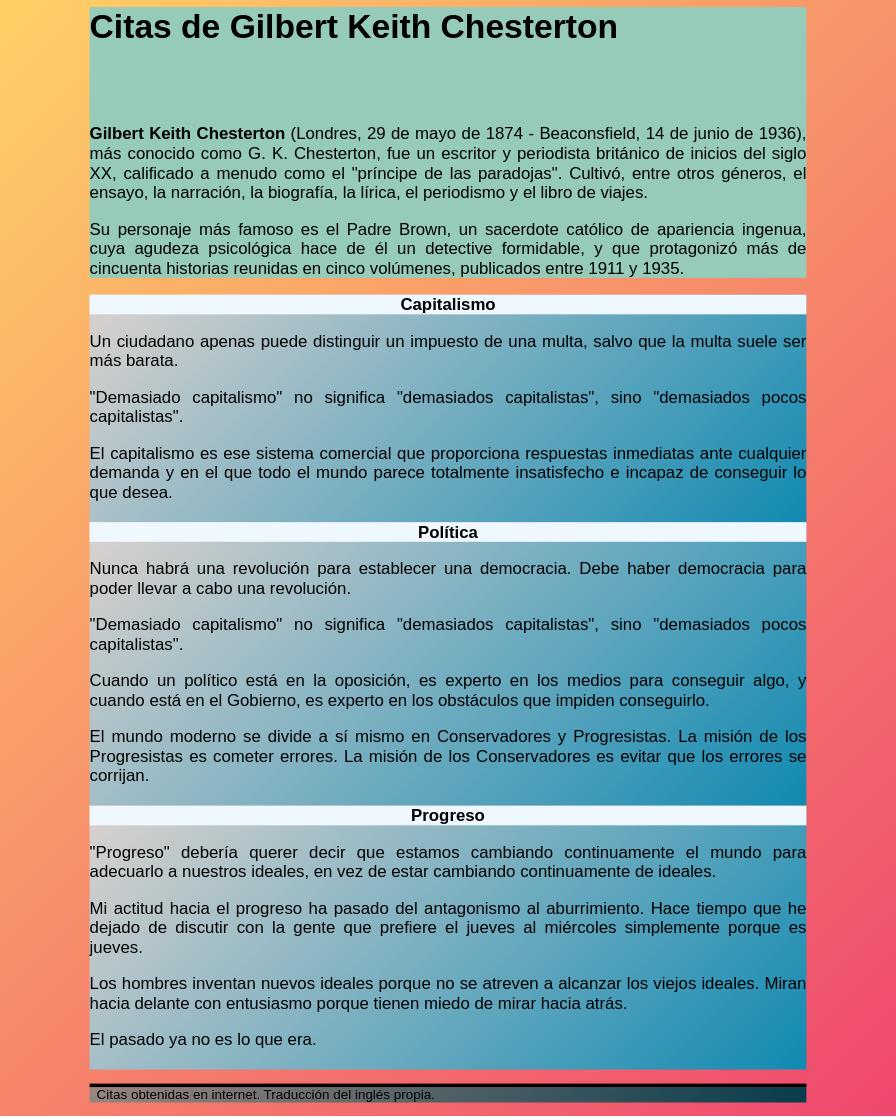
Repository: EmilyMachuca-Developer/Advanced-Programming-Projects
Page: index.html
These files come from the project's save history. The page is drawn as it stood at one moment and after the next save; the edit follows.
The browser window is 1280 px wide. The pictures show the part of the page from y = 0 to 1920 px (the page is 1595 px tall before and 2687 px after), at 70% of full size.

Above is the page before, as saved 2024-02-26 20:53:52.

### index.html
<html lang="es">
<head>
<meta charset="utf-8">
<link rel="stylesheet" href="Taller 2/css/style.css">
<title>Emily Machuca</title>
</head>

<body>
    <div style="background-color: rgb(150, 202, 185);">
        <h1>Citas de Gilbert Keith Chesterton</h1> <br><br>
        <p><strong>Gilbert Keith Chesterton</strong> (Londres, 29 de mayo de 1874 - Beaconsfield, 14 de junio de 1936), más conocido como G. K. Chesterton, fue un escritor y periodista británico de inicios del siglo XX, calificado a menudo como el "príncipe de las paradojas". Cultivó, entre otros géneros, el ensayo, la narración, la biografía, la lírica, el periodismo y el libro de viajes.</p>
        <p>Su personaje más famoso es el Padre Brown, un sacerdote católico de apariencia ingenua, cuya agudeza psicológica hace de él un detective formidable, y que protagonizó más de cincuenta historias reunidas en cinco volúmenes, publicados entre 1911 y 1935.</p>
    </div>
    <main><section><div style="background-color: aliceblue;"><h7><strong><center>Capitalismo</center></strong></h7></div>
        <div><p>Un ciudadano apenas puede distinguir un impuesto de una multa, salvo que la multa suele ser más barata.</p>
            <div><p>"Demasiado capitalismo" no significa "demasiados capitalistas", sino "demasiados pocos capitalistas".</p></div>
            <div><p>El capitalismo es ese sistema comercial que proporciona respuestas inmediatas ante cualquier demanda y en el que todo el mundo parece totalmente insatisfecho e incapaz de conseguir lo que desea.</p></div>
        </div></section><b></b></main>

        <main><section><div style="background-color: aliceblue;"><h7><strong><center>Política</center></strong></h7></div>
            <div><p>Nunca habrá una revolución para establecer una democracia. Debe haber democracia para poder llevar a cabo una revolución.</p>
                <div><p>"Demasiado capitalismo" no significa "demasiados capitalistas", sino "demasiados pocos capitalistas".</p></div>
                <div><p>Cuando un político está en la oposición, es experto en los medios para conseguir algo, y cuando está en el Gobierno, es experto en los obstáculos que impiden conseguirlo.</p></div>
                <div><p>El mundo moderno se divide a sí mismo en Conservadores y Progresistas. La misión de los Progresistas es cometer errores. La misión de los Conservadores es evitar que los errores se corrijan.</p></div>
            </div></section></main>

            <div><main><section><div style="background-color: aliceblue;"><h7><strong><center>Progreso</center></strong></h7></div>
                <div><p>"Progreso" debería querer decir que estamos cambiando continuamente el mundo para adecuarlo a nuestros ideales, en vez de estar cambiando continuamente de ideales.</p>
                    <div><p>Mi actitud hacia el progreso ha pasado del antagonismo al aburrimiento. Hace tiempo que he dejado de discutir con la gente que prefiere el jueves al miércoles simplemente porque es jueves.</p></div>
                    <div><p>Los hombres inventan nuevos ideales porque no se atreven a alcanzar los viejos ideales. Miran hacia delante con entusiasmo porque tienen miedo de mirar hacia atrás.</p></div>
                    <div><p>El pasado ya no es lo que era.</p></div>
                </div></section></main></div>

<footer>Citas obtenidas en internet. Traducción del inglés propia.</footer>
</body>
</html>

### Taller 2/css/style.css
body {
    margin: 10px 10%;
    background: linear-gradient(135deg, #ffd166, #ef476f);
    font-family: sans-serif;
    font-size: 1.5rem;
    text-align: justify;
}

header {
    padding: 0 10px;
    background: linear-gradient(135deg, hwb(0 94% 6% / 0.767), #06d6a0);
}

section {
    padding-bottom: 5px;
    background: linear-gradient(135deg, hwb(17 81% 14%), #118ab2);
}

footer {
    border-top: black 5px solid;
    margin: 20px 0;
    padding: 0 10px;
    background: linear-gradient(135deg, hwb(15 50% 40%), #073b4c);
    font-size: 1.2rem;
}

After the next save:
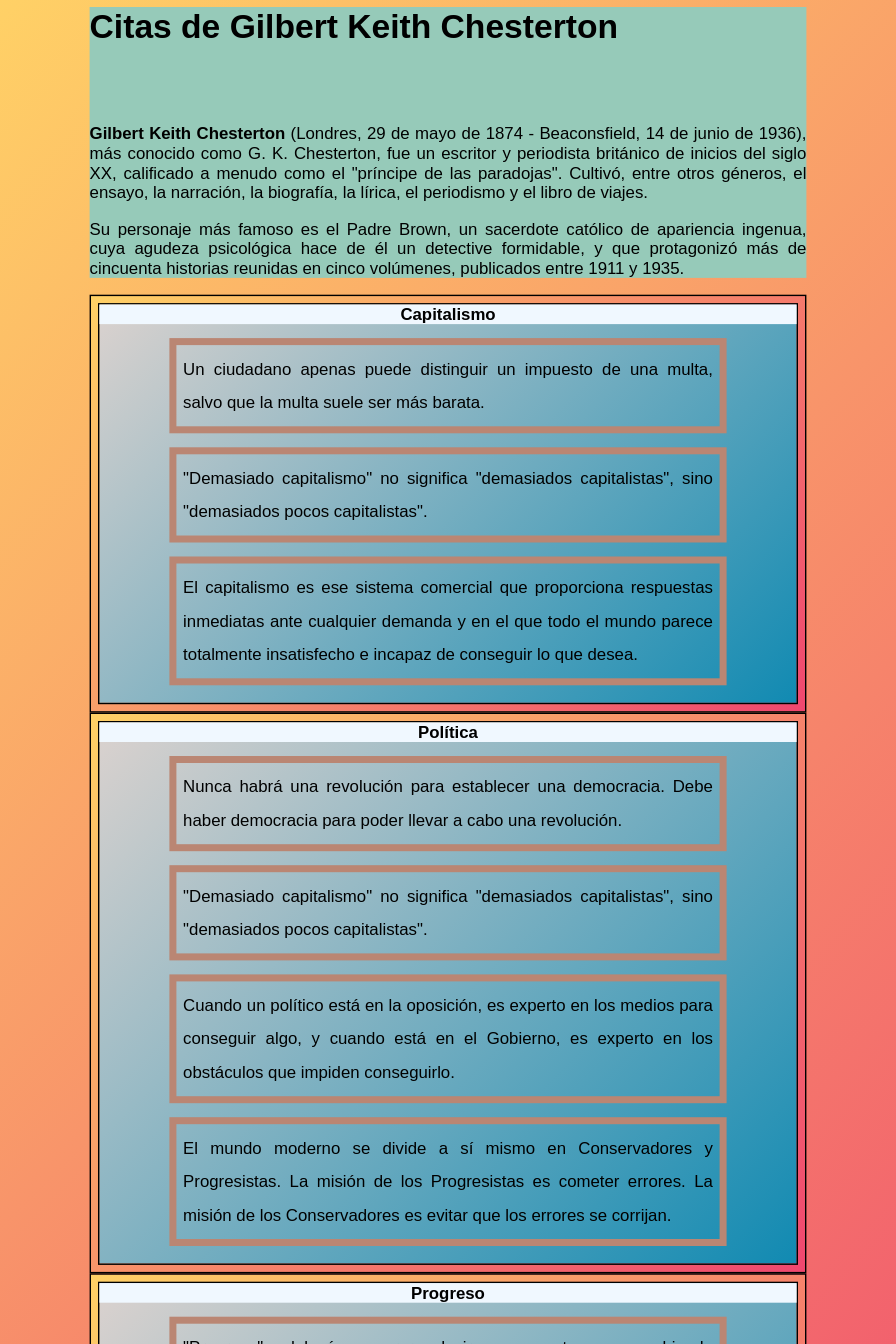
Saved 40 s later.
--- a/Taller 2/css/style.css
+++ b/Taller 2/css/style.css
@@ -11,9 +11,35 @@ header {
     background: linear-gradient(135deg, hwb(0 94% 6% / 0.767), #06d6a0);
 }
 
+main {
+    display: block;
+    border: rgb(0, 0, 0) 2px solid;
+    padding: 10px;
+    background: linear-gradient(135deg, #ffd166, #ef476f);
+}
+
 section {
     padding-bottom: 5px;
     background: linear-gradient(135deg, hwb(17 81% 14%), #118ab2);
+    border: rgb(0, 0, 0) 2px solid;
+}
+
+section + section {
+    margin-top: 40px;
+}
+
+h2 {
+    margin: 0;
+    padding-left: 10px;
+    background-color: white;
+}
+
+section p {
+    border: hwb(16 45% 27%)10px solid;
+    margin: 20px 10%;
+    padding: 10px;
+    color: rgb(0, 0, 0);
+    line-height: 200%;
 }
 
 footer {
